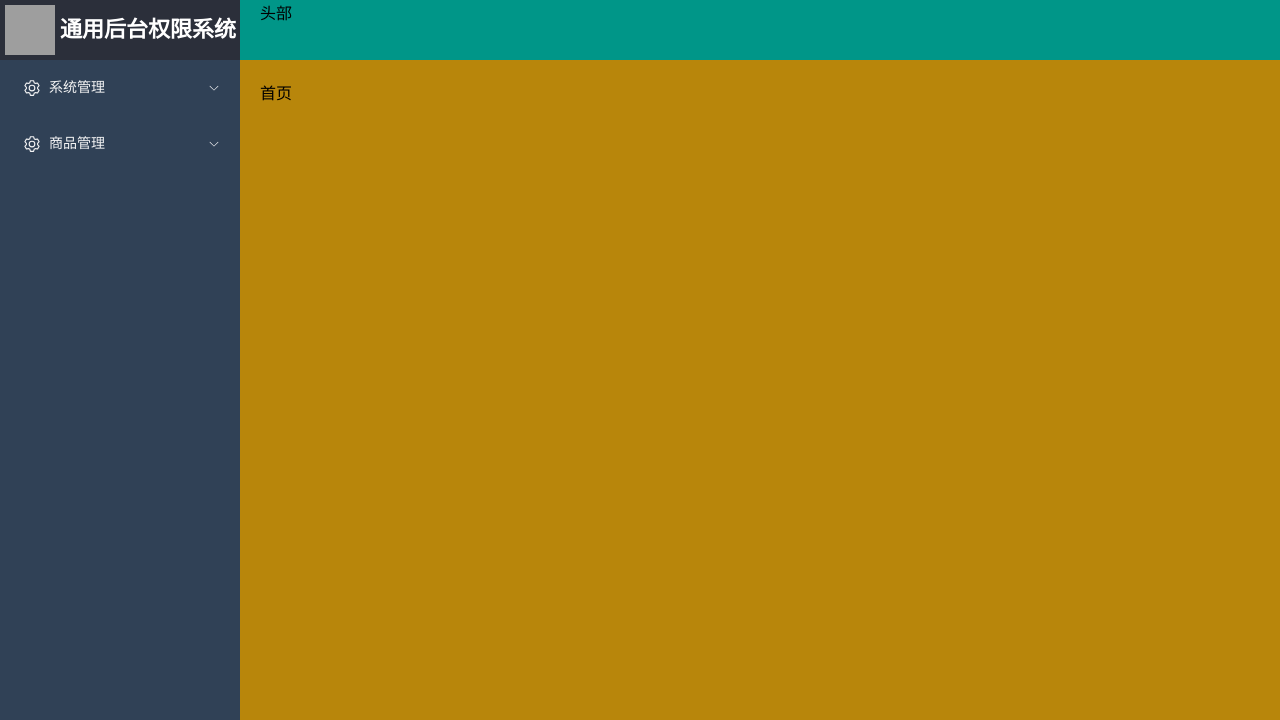
Repository: Langxecho/vite-project
Page: /
The author's editor kept a copy of each file at every save. The page is drawn from the files as they stood at one save, then again after the next save.
The browser window is 1280 px wide. The pictures show the whole page.
Pictures or frames that could not be fetched are drawn as grey boxes. The project was rebuilt for these pictures with package versions that can differ from the ones it lists, and the page was loaded fresh each time. Also part of the build but not shown: vite.config.ts.

Above is the page before, as saved 2024-11-08 18:40:35.

### index.html
<!doctype html>
<html lang="en">
  <head>
    <meta charset="UTF-8" />
    <link rel="icon" type="image/svg+xml" href="/vite.svg" />
    <meta name="viewport" content="width=device-width, initial-scale=1.0" />
    <title>通用权限管理系统</title>
    <style>
      html,
      body,
      #app {
        padding: 0px;
        margin: 0px;
        height: 100%;
        box-sizing: border-box;
      }
    </style>
  </head>
  <body>
    <div id="app"></div>
    <script type="module" src="/src/main.ts"></script>
  </body>
</html>

### src/main.ts
import { createApp } from 'vue'
import App from './App.vue'
import router from '@/router/index'

// 引入 Element Plus
import ElementPlus from 'element-plus'
import 'element-plus/dist/index.css'

// 引入 Element Plus 图标
import * as ElementPlusIconsVue from '@element-plus/icons-vue'

import { createPinia } from 'pinia'
const pinia = createPinia()
const app = createApp(App)

app.use(ElementPlus).use(router).use(pinia).mount('#app')

// 全局注册图标组件
for (const [key, component] of Object.entries(ElementPlusIconsVue)) {
  app.component(key, component)
}

### src/router/index.ts
import { createRouter, createWebHistory, RouteRecordRaw } from "vue-router";
import Layout from "@/layout/Index.vue";

const routes: Array<RouteRecordRaw> = [
  {
    path: "/",
    component: Layout,
    redirect: "/dashboard",
    children: [
      {
        path: "/dashboard",
        component: () => import("@/views/dashboard/Index.vue"),
        name: "dashboard",
        meta: { title: "首页", icon: "#icondashboard" },
      },
    ],
  },
  {
    path: "/system",
    component: Layout,
    name: "system",
    meta: { title: "系统管理", icon: "Setting", roles: ["sys:manage"] },
    children: [
      {
        path: "/userList",
        component: () => import("@/views/system/User/UserList.vue"),
        name: "userList",
        meta: { title: "用户管理", icon: "UserFilled", roles: ["sys:user"] },
      },
      {
        path: "/roleList",
        component: () => import("@/views/system/Role/RoleList.vue"),
        name: "roleList",
        meta: { title: "角色管理", icon: "Wallet", roles: ["sys:role"] },
      },
      {
        path: "/menuList",
        component: () => import("@/views/system/Menu/MenuList.vue"),
        name: "menuList",
        meta: { title: "菜单管理", icon: "Menu", roles: ["sys:menu"] },
      },
    ],
  },
  {
    path: "/goodsRoot",
    component: Layout,
    name: "goodsRoot",
    meta: { title: "商品管理", icon: "Setting", roles: ["sys:goodsRoot"] },
    children: [
      {
        path: "/category",
        component: () => import("@/views/category/CategoryList.vue"),
        name: "category",
        meta: {
          title: "商品类型",
          icon: "UserFilled",
          roles: ["sys:category"],
        },
      },
      {
        path: "/goodsList",
        component: () => import("@/views/goods/GoodsList.vue"),
        name: "goodsList",
        meta: { title: "商品信息", icon: "Wallet", roles: ["sys:goodsList"] },
      },
    ],
  },
];

const router = createRouter({
  history: createWebHistory(),
  routes,
});

export default router;

### src/layout/Index.vue
<template>
  <el-container class="layout">
    <el-aside width="auto" class="asside">
      <menu-bar></menu-bar>
    </el-aside>
    <el-container>
      <el-header class="header">
        <Header />
      </el-header>
      <el-main class="main">
        <router-view></router-view>
      </el-main>
    </el-container>
  </el-container>
</template>

<script setup lang="ts">
import Header from "@/layout/header/Header.vue";
import MenuBar from "@/layout/menu/MenuBar.vue";
</script>

<style lang="scss">
.layout {
  height: 100%;

  .asside {
    background-color: #304156;
  }

  .header {
    background-color: #009688;
  }

  .main {
    background-color: darkgoldenrod;
  }
}
</style>

### src/views/dashboard/Index.vue
<template>
  <div>首页</div>
</template>

<script setup lang="ts"></script>

<style scoped></style>

### src/layout/header/Header.vue
<template>
  <div>头部</div>
</template>

<script setup lang="ts"></script>

<style scoped lang="scss"></style>

### src/layout/menu/MenuBar.vue
<template>
  <menu-logo></menu-logo>
  <el-menu
    :default-active="activeIndex"
    class="el-menu-vertical-demo"
    unique-opened
    background-color="#304156"
    @open="handleOpen"
    @close="handleClose"
    router
  >
    <menu-item :menuList="menuList"></menu-item>
  </el-menu>
</template>

<script setup lang="ts">
import { reactive, computed } from "vue";
import MenuItem from "@/layout/menu/MenuItem.vue";
import MenuLogo from "./MenuLogo.vue";
import { useRoute } from "vue-router";

const route = useRoute();

// 获取激活的菜单
const activeIndex = computed(() => {
  const { path } = route;
  return path;
});

// 在这里，你可以添加更多的响应式数据、方法等
const handleOpen = () => {
  console.log("Menu opened");
};

const handleClose = () => {
  console.log("Menu closed");
};
let menuList = reactive([
  {
    path: "/system",
    component: "Layout",
    name: "system",
    meta: {
      title: "系统管理",
      icon: "Setting",
      roles: ["sys:manage"],
    },
    children: [
      {
        path: "/userList",
        component: "/system/User/UserList",
        name: "userList",
        meta: {
          title: "用户管理",
          icon: "UserFilled",
          roles: ["sys:user"],
        },
      },
      {
        path: "/roleList",
        component: "/system/Role/RoleList",
        name: "roleList",
        meta: {
          title: "角色管理",
          icon: "Wallet",
          roles: ["sys:role"],
        },
      },
      {
        path: "/menuList",
        component: "/system/Menu/MenuList",
        name: "menuList",
        meta: {
          title: "菜单管理",
          icon: "Menu",
          roles: ["sys:menu"],
        },
      },
    ],
  },
  {
    path: "/goodsRoot",
    component: "Layout",
    name: "goodsRoot",
    meta: {
      title: "商品管理",
      icon: "Setting",
      roles: ["sys:goodsRoot"],
    },
    children: [
      {
        path: "/category",
        component: "/goods/Category",
        name: "category",
        meta: {
          title: "物资类型",
          icon: "UserFilled",
          roles: ["sys:category"],
        },
      },
      {
        path: "/goodsList",
        component: "/goods/GoodsList",
        name: "goodsList",
        meta: {
          title: "商品信息",
          icon: "Wallet",
          roles: ["sys:goodsList"],
        },
      },
    ],
  },
]);
</script>

<style scoped lang="scss">
.el-menu-vertical-demo:not(.el-menu--collapse) {
  width: 240px;
  min-height: 400px;
}

.el-menu {
  border-right: none;
}

:deep(.el-sub-menu .el-sub-menu__title) {
  color: #f4f4f5 !important;
}

:deep(.el-menu .el-menu-item) {
  color: #bfcbd9;
}

:deep(.el-menu-item.is-active) {
  color: #409eff !important;
}

:deep(.is-opened .el-menu-item) {
  background-color: #1f2d3d !important;
}

:deep(.el-menu-item:hover) {
  background-color: #001528 !important;
}
</style>

### src/layout/menu/MenuItem.vue
<template>
  <template v-for="menu in menuList" :key="menu.path">
    <el-sub-menu
      v-if="menu.children && menu.children.length > 0"
      :index="menu.path"
    >
      <template #title>
        <el-icon><component :is="menu.meta.icon" /></el-icon>
        <span>{{ menu.meta.title }}</span>
      </template>
      <menu-item :menuList="menu.children" />
    </el-sub-menu>

    <el-menu-item v-else style="color: #f4f4f5" :index="menu.path">
      <el-icon><component :is="menu.meta.icon" /></el-icon>
      <template #title>{{ menu.meta.title }}</template>
    </el-menu-item>
  </template>
</template>

<script setup lang="ts">
defineProps(["menuList"]);
</script>

<style scoped></style>

### src/layout/menu/MenuLogo.vue
<template>
  <div class="logo">
    <img :src="MenuLogo" />
    <span class="logo-title">{{ title }}</span>
  </div>
</template>

<script setup lang="ts">
import { ref } from 'vue'
import MenuLogo from '@/assets/MenuLogo.png'

const title = ref('通用后台权限系统')
</script>

<style scoped lang="scss">
.logo {
  display: flex;
  width: 100%;
  height: 60px;
  background-color: #2b2f3a;
  text-align: center;
  cursor: pointer;
  align-items: center;

  img {
    width: 50px;
    height: 50px;
    margin-right: 5px;
    margin-left: 5px;
  }

  .logo-title {
    color: #fff;
    font-weight: 800;
    line-height: 60px;
    font-size: 22px;
    font-family: FangSong;
  }
}
</style>

### src/layout/header/Collapse.vue
<template>
  <el-icon @click="setCollapse" style="cursor: pointer" color="#FFF" size="30">
    <component :is="status ? 'Fold' : 'Expand'" />
  </el-icon>
</template>

<script setup lang="ts">
import { computed } from "vue";
import { Fold, Expand } from "@element-plus/icons-vue";
import { useMenuStore } from "@/store/menu/index";

// 获取 store
const store = useMenuStore();

// 获取状态
const status = computed(() => !store.getCollapse);

// 切换图标点击事件
const setCollapse = () => {
  store.setCollapse(!store.getCollapse);
};
</script>

<style scoped>
/* 你可以根据需要添加样式 */
</style>

### src/store/menu/index.ts
import { defineStore } from "pinia";
import { ref, computed } from "vue";

// 定义 store
export const useMenuStore = defineStore("menuStore", () => {
  // state
  const collapse = ref(false);

  // getters
  const getCollapse = computed(() => collapse.value);

  // actions
  const setCollapse = (newCollapse: boolean) => {
    collapse.value = newCollapse;
  };

  return {
    collapse,
    getCollapse,
    setCollapse,
  };
});

Loaded but not shown: src/App.vue (common file)

After the next save:
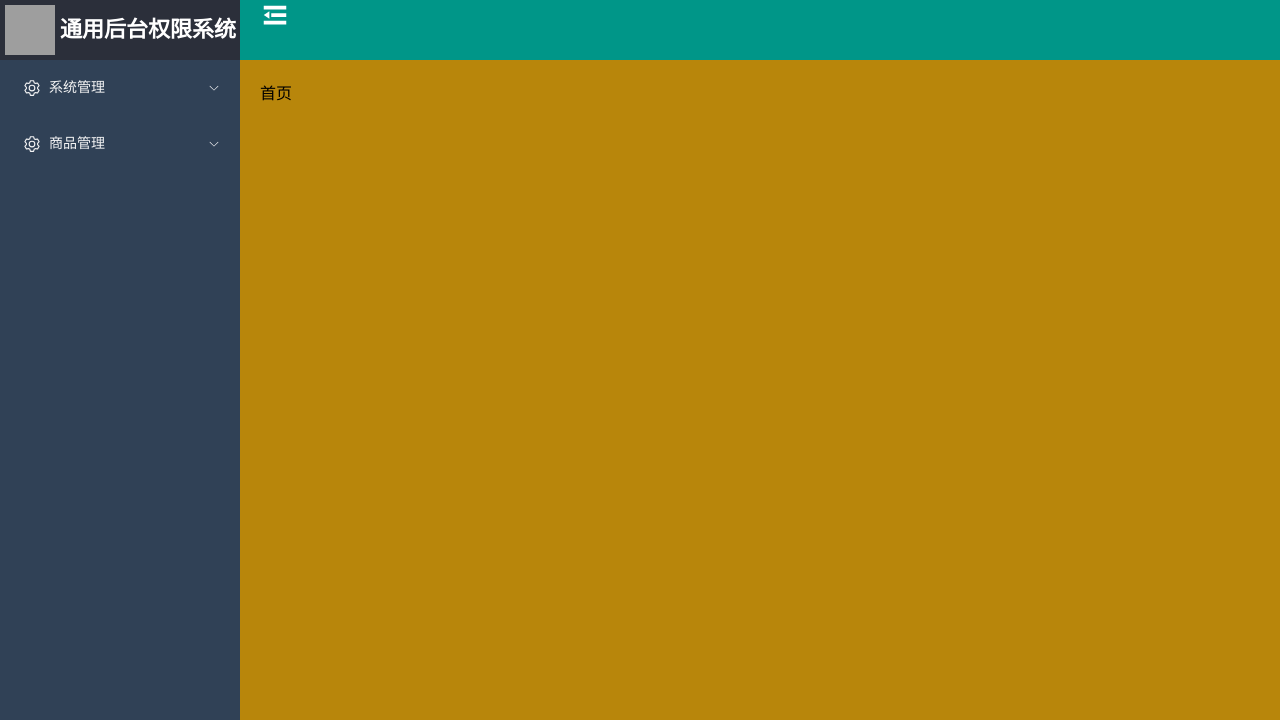
Saved 61 s later.
--- a/src/layout/header/Header.vue
+++ b/src/layout/header/Header.vue
@@ -1,7 +1,27 @@
 <template>
-  <div>头部</div>
+  <Collapse></Collapse>
 </template>
 
-<script setup lang="ts"></script>
+<script setup lang="ts">
+import Collapse from "./Collapse.vue";
+</script>
 
-<style scoped lang="scss"></style>
+<style scoped lang="scss">
+.layout {
+  height: 100%;
+}
+
+.asside {
+  background-color: #304156;
+}
+
+.header {
+  display: flex;
+  align-items: center;
+  background-color: #009688;
+}
+
+.main {
+  background-color: darkgoldenrod;
+}
+</style>
